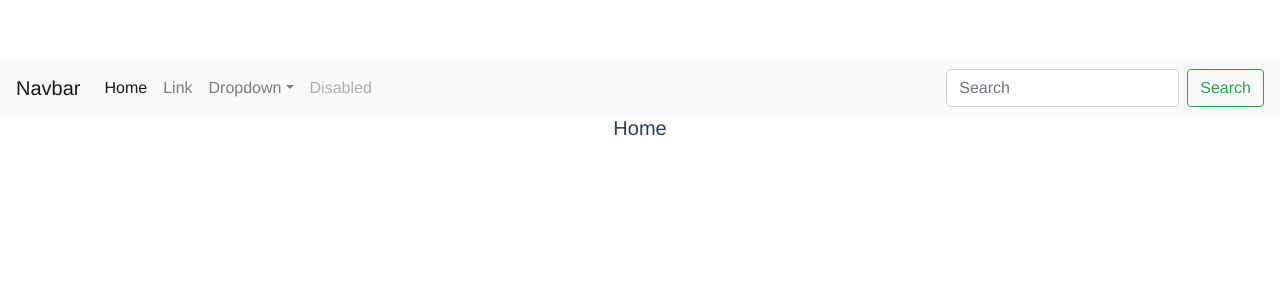
Repository: randrin/Firebase-Auth-Vue
Page: /
An editor plug-in stored every save of this project. The page is shown before and after the next save, followed by the edit.
The browser window is 1280 px wide. The pictures show the whole page.
The project was rebuilt for these pictures with package versions that can differ from the ones it lists, and the page was loaded fresh each time. Also part of the build but not shown: src/components/Profile.vue. Imported but missing from the stored project, and not drawn on this page: src/components/Login.

Above is the page before, as saved 2020-08-07 09:54:29.

After the next save:
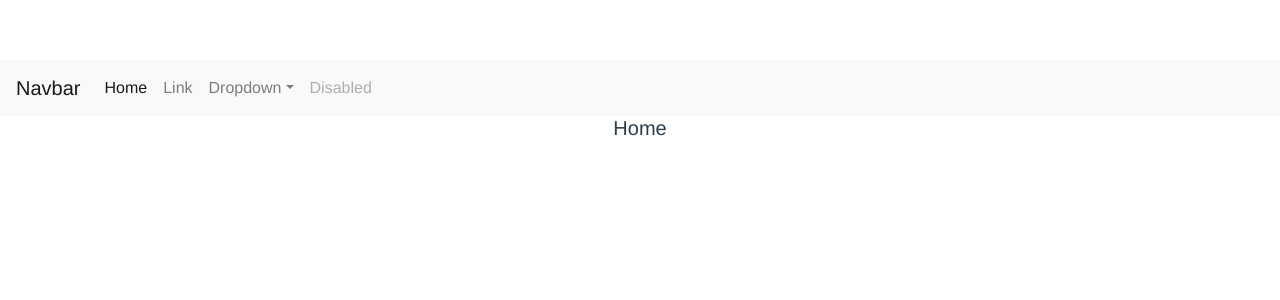
Saved 2 min 58 s later.
--- a/src/components/NavBar.vue
+++ b/src/components/NavBar.vue
@@ -45,10 +45,6 @@
           <a class="nav-link disabled" href="#">Disabled</a>
         </li>
       </ul>
-      <form class="form-inline my-2 my-lg-0">
-        <input class="form-control mr-sm-2" type="search" placeholder="Search" aria-label="Search" />
-        <button class="btn btn-outline-success my-2 my-sm-0" type="submit">Search</button>
-      </form>
     </div>
   </nav>
 </template>
